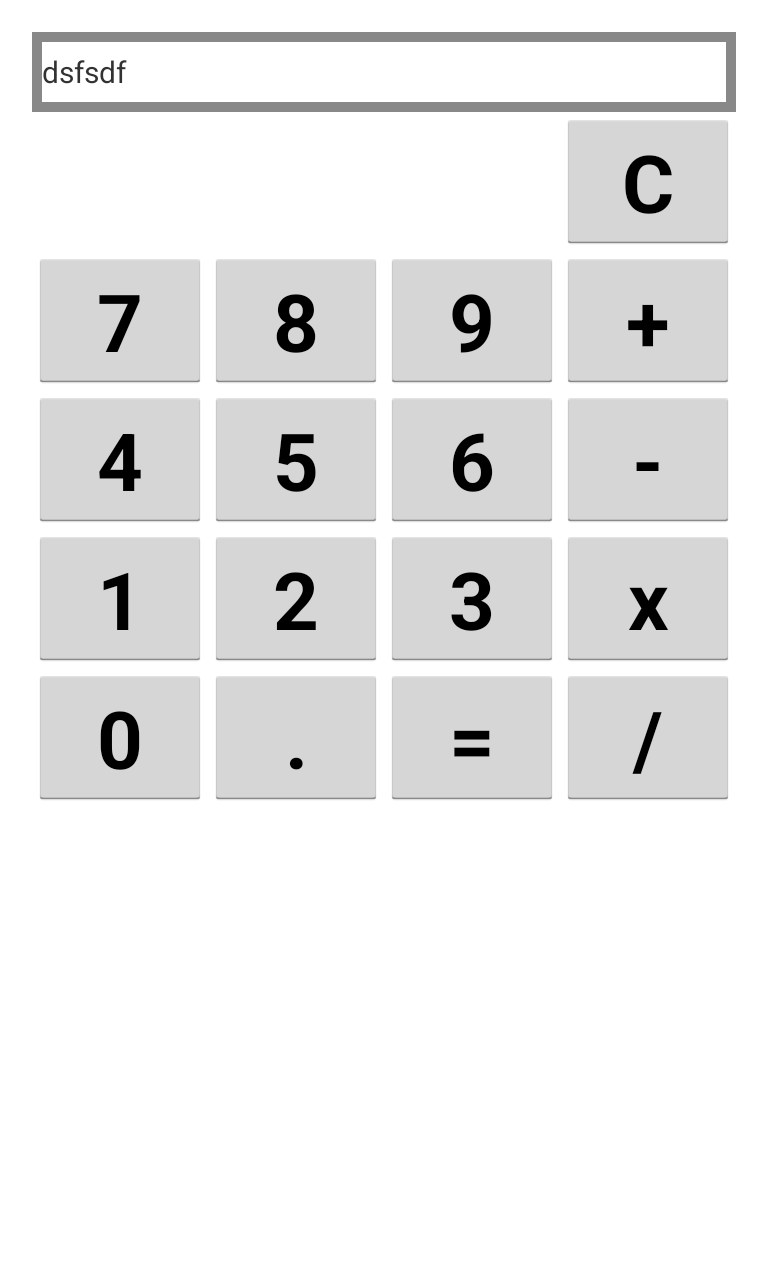
Repository: G3rcar/Android-I
Layout: SimpleCalculator/res/layout/activity_main.xml
The author's editor kept a copy of each file at every save. The layout is drawn from the files as they stood at one save, then again after the next save.
It is drawn on a 768 x 1280 px phone screen (xhdpi) without system bars, with theme AppTheme; the app's code is not run.

Above is the layout before, as saved 2013-11-08 21:42:50.

After the next save:
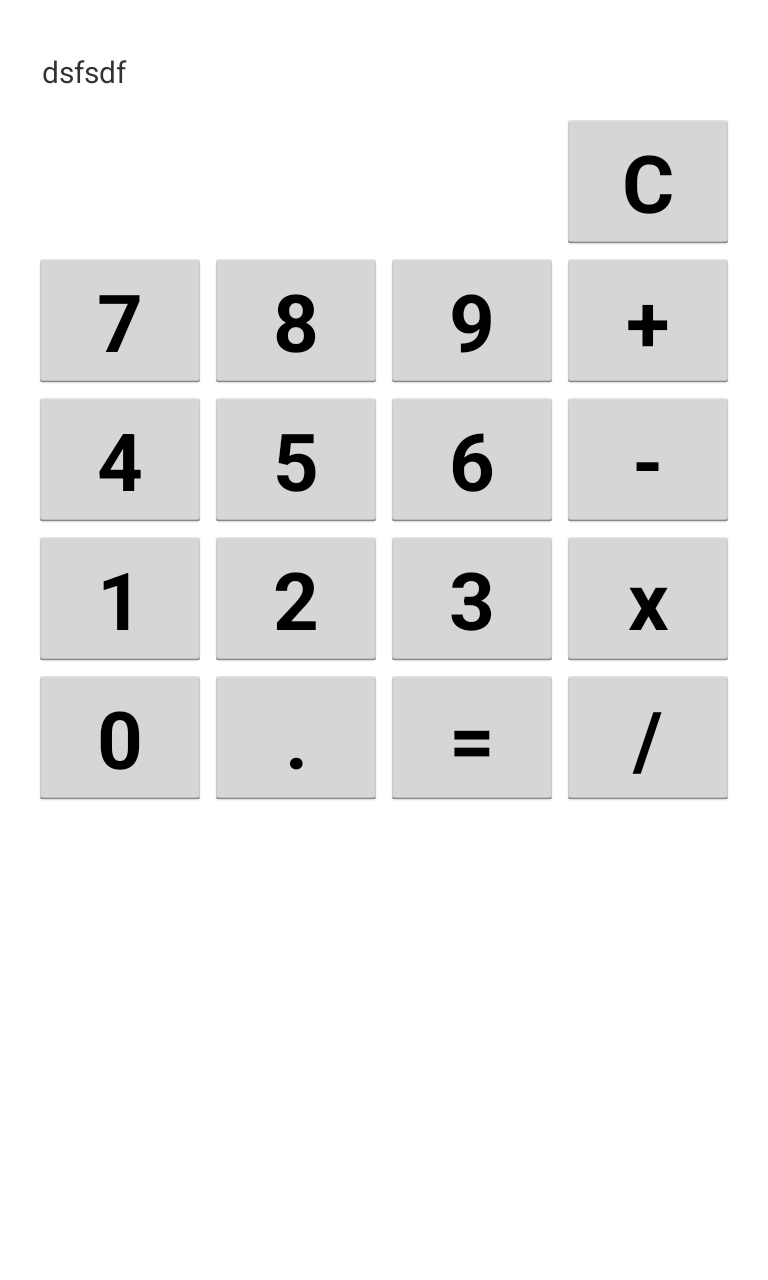
Saved 13 s later.
--- a/SimpleCalculator/res/drawable/border.xml
+++ b/SimpleCalculator/res/drawable/border.xml
@@ -1,6 +1,6 @@
 <?xml version="1.0" encoding="utf-8"?>
 <shape xmlns:android="http://schemas.android.com/apk/res/android" >
 	<solid android:color="#ffffff" />
-	<stroke android:width="5dip" android:color="#77000000"/>
+	<stroke android:width="5dip" android:color="#00000000"/>
 
 </shape>
